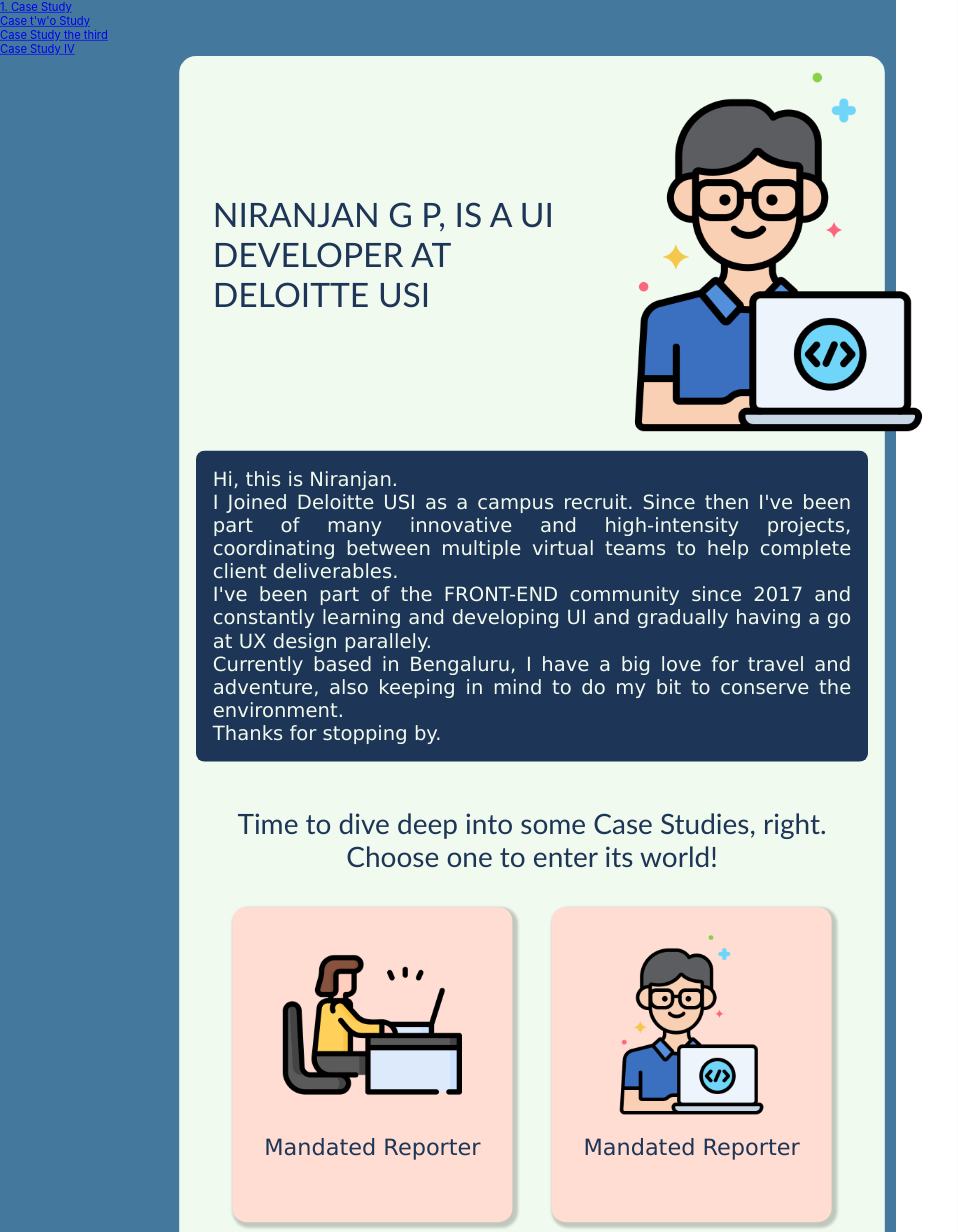
Repository: niranjangp/portfolioReact
Page: /
The author's editor kept a copy of each file at every save. The page is drawn from the files as they stood at one save, then again after the next save.
The browser window is 1280 px wide. The page is 1368 px wide, so the pictures cover 1368 px, including what lies to the right of the window. The pictures show the part of the page from y = 0 to 1760 px (the page is 2583 px tall before and 2603 px after), at 70% of full size.
The project was rebuilt for these pictures with package versions that can differ from the ones it lists, and the page was loaded fresh each time. Also part of the build but not shown: src/pages/csOne.jsx, src/pages/notFound.jsx.

Above is the page before, as saved 2022-02-01 00:32:18.

### public/index.html
<!DOCTYPE html>
<html lang="en">
  <head>
    <meta charset="utf-8" />
    <!--<link rel="icon" href="%PUBLIC_URL%/favicon.ico" />-->
    <meta name="viewport" content="width=device-width, initial-scale=1" />
    <meta name="theme-color" content="#000000" />
    <meta
      name="description"
      content="Web site created using create-react-app"
    />
    <!--<link rel="apple-touch-icon" href="%PUBLIC_URL%/logo192.png" />-->
    <!--
      manifest.json provides metadata used when your web app is installed on a
      user's mobile device or desktop. See https://developers.google.com/web/fundamentals/web-app-manifest/
    -->
    <link rel="manifest" href="%PUBLIC_URL%/manifest.json" />
    <!--
      Notice the use of %PUBLIC_URL% in the tags above.
      It will be replaced with the URL of the `public` folder during the build.
      Only files inside the `public` folder can be referenced from the HTML.

      Unlike "/favicon.ico" or "favicon.ico", "%PUBLIC_URL%/favicon.ico" will
      work correctly both with client-side routing and a non-root public URL.
      Learn how to configure a non-root public URL by running `npm run build`.
    -->
    <title>Portfolio</title>
  </head>
  <body>
    <noscript>You need to enable JavaScript to run this app.</noscript>
    <div id="root"></div>
    <!--
      This HTML file is a template.
      If you open it directly in the browser, you will see an empty page.

      You can add webfonts, meta tags, or analytics to this file.
      The build step will place the bundled scripts into the <body> tag.

      To begin the development, run `npm start` or `yarn start`.
      To create a production bundle, use `npm run build` or `yarn build`.
    -->
  </body>
</html>

### src/index.css
body {
  margin: 0;
  font-family: -apple-system, BlinkMacSystemFont, 'Segoe UI', 'Roboto', 'Oxygen',
    'Ubuntu', 'Cantarell', 'Fira Sans', 'Droid Sans', 'Helvetica Neue',
    sans-serif;
  -webkit-font-smoothing: antialiased;
  -moz-osx-font-smoothing: grayscale;
  box-sizing: border-box;
}

code {
  font-family: source-code-pro, Menlo, Monaco, Consolas, 'Courier New',
    monospace;
}

p {
  margin: 0;
}

### src/App.js
import './App.css';

import { Route, NavLink, Switch, Redirect } from 'react-router-dom';
import EnterTheDesign from './pages/enterDesign';
import CSOne from './pages/csOne';
import NotFound from './pages/notFound';

function App() {
  const flatIconLink = "https://www.flaticon.com/free-icons/programmer";


  return (
    <div className='App'>
      <div className="containerOne">
        <nav className='navigation'>
          <div>
            <NavLink activeClassName="link-sel" to="/cs-one">1. Case Study</NavLink>
          </div>
          <div>
            <NavLink activeClassName="link-sel" to="/cs-two">Case t'w'o Study</NavLink>
          </div>
          <div>
            <NavLink activeClassName="link-sel" to="/cs-three">Case Study the third</NavLink>
          </div>
          <div>
            <NavLink activeClassName="link-sel" to="/cs-three">Case Study IV</NavLink>
          </div>


        </nav>
        <main className='mainOne'>
          <Switch>
            <Route exact path="/" ><Redirect to="/enter-the-design" /></Route>
            <Route path="/enter-the-design" ><EnterTheDesign /></Route>
            <Route exact path="/cs-one" ><CSOne /></Route>

            <Route path="*"><NotFound /></Route>
          </Switch>
          {/*<div className='firstRow'>
            <div className="width-60">
              <p className='fr-info'>NIRANJAN G P, IS A UI DEVELOPER AT DELOITTE USI</p>
            </div>
            <div className="width-40 img-block">
              <img src={avatarIcon} alt="avatar-icon" className='avtr-img' />
            </div>
          </div>
          <div className='sec-row'>
            <p>Hi, this is Niranjan.</p>
            <p>I Joined Deloitte USI as a campus recruit. Since then I've been part of many innovative and high-intensity projects, coordinating between multiple virtual teams to help complete client deliverables.</p>
            <p>I've been part of the FRONT-END community since 2017 and constantly learning and developing UI and gradually having a go at UX design parallely.</p>
            <p>Currently based in Bengaluru, I have a big love for travel and adventure, also keeping in mind to do my bit to conserve the environment.</p>
            <p>Thanks for stopping by.</p>
          </div>*/}

        </main>
        <footer>
          <div className='footer-info'>
            <p>Niranjan G P</p>
            <p>Design & Develop</p>
            <p>Please consider the Environment while printing.</p>
          </div>
          <div>
            <a href={flatIconLink} title="programmer icons">Programmer icons created by Flat Icons - Flaticon</a>
            <a href="https://www.flaticon.com/free-icons/work-from-home" title="work from home icons">Work from home icons created by Freepik - Flaticon</a>
            {/*<a target="_blank" rel="noopener noreferrer" href={avatarLink}>Avatar</a> icon by <a target="_blank" rel="noopener noreferrer" href={icon8link}>Icons8</a>*/}
          </div>
        </footer>
      </div>

    </div>
  );
}

export default App;

### src/App.css
.containerOne {
  background-color: #45789d;
}

.mainOne {
  width: 75%;
  margin-left: 20%;
  background-color: #F1FAEE;
  height: 100%;
  border-radius: 1.5rem;
  padding:24px;
}

.fr-info {
  font-size: 3rem;
  font-family:'Gill Sans', 'Gill Sans MT', Calibri, 'Trebuchet MS', sans-serif;
  padding: 24px;
  color: #1d3557;
}

.firstRow {
  display: flex;
  align-items: center;
  margin-bottom: 1.5rem;
}

.width-60 {
  width: 60%;
}

.width-40 {
  width: 40%;
}

.fullWidth {
  width: 100%;
}

.img-block {
  text-align: center;
}

.sec-row {
  background-color: #1d3557;
  color: #f1faee;
  border-radius: 0.75rem;
  padding: 24px;
  font-family: 'Lucida Sans', 'Lucida Sans Regular', 'Lucida Grande', 'Lucida Sans Unicode', Geneva, Verdana, sans-serif;
  font-size: 28px;
  text-align: justify;
}

.centered {
  margin: 3rem auto;
  text-align: center;
  display: flex;
  justify-content: center;
  align-items: center;
}

.linkSel {
  text-decoration: underline;
  font-weight: bold;
}

.third-row {
  display: flex;
  flex-wrap: wrap;
  padding: 64px 24px;
}

.card-box {
  width: 50%;
  text-align: center;
}

.card {
  width: 400px;
  height: 450px;
  background-color: #ffddd2;
  border-radius: 20px;
  box-shadow: 4px 4px 4px 4px rgba(0, 0, 0, 0.2);
  margin: 3rem auto;
  flex-grow: 1;
  flex-shrink: 1;
  transition: width 500ms ease 0s;
}

.card:hover {
  box-shadow: 4px 4px 4px 8px rgba(0, 0, 0, 0.2);
  width: 420px;
  height: 470px;
  cursor: pointer;
}

.card a {
  text-decoration: none;
}

.card p {
  font-size: 32px;
  padding: 24px;
  color: #1d3557;
  font-family: Verdana, Geneva, Tahoma, sans-serif;
}

.card-icon {
  width: 256px;
  margin-top: 40px;
}

.intro-cs {
  text-align: center;
  font-size: 40px;
  color: #1d3557;
  font-family:'Trebuchet MS', 'Lucida Sans Unicode', 'Lucida Grande', 'Lucida Sans', Arial, sans-serif;
}

footer {
  width: 75%;
  margin-left: 20%;
  background-color: #F1FAEE;
  height: 100%;
  border-radius: 1.5rem;
  padding:24px;
}
.footer-info {
  font-size: 1.5rem;
}

/*.containerOne {
  background-color: #F1FAEE;
}
.mainOne {
  background-color: #a8dadc;
  width: 75%;
  margin-left: 20%;
  /-*background-color: #45789d;*-/
  height: 660px;
}

.p1 {
  color: #1d3557;
}
.p2 {
  color: #f1faee;
}*/

/*.App-logo {
  height: 40vmin;
  pointer-events: none;
}

@media (prefers-reduced-motion: no-preference) {
  .App-logo {
    animation: App-logo-spin infinite 20s linear;
  }
}

.App-header {
  background-color: #282c34;
  min-height: 100vh;
  display: flex;
  flex-direction: column;
  align-items: center;
  justify-content: center;
  font-size: calc(10px + 2vmin);
  color: white;
}

.App-link {
  color: #61dafb;
}*/

@keyframes App-logo-spin {
  from {
    transform: rotate(0deg);
  }
  to {
    transform: rotate(360deg);
  }
}

### src/pages/enterDesign.jsx
import React from 'react';
import Icons from '../assets/programmer.png';
import WorkingIcon from '../assets/working.png';
import { Link } from 'react-router-dom';


const enterDesign = () => {
    const avatarIcon = Icons;

    const navtoCardDet = () => {
        try {
            console.log('inside card det func');
        } catch (e) {
            console.log('Error in navToCardDet', e.stack());
        }
    }

    return (
        <React.Fragment>
            <div className='firstRow'>
                <div className="width-60">
                    <p className='fr-info'>NIRANJAN G P, IS A UI DEVELOPER AT DELOITTE USI</p>
                </div>
                <div className="width-40 img-block">
                    <img src={avatarIcon} alt="avatar-icon" className='avtr-img' />
                </div>
            </div>
            <div className='sec-row'>
                <p>Hi, this is Niranjan.</p>
                <p>I Joined Deloitte USI as a campus recruit. Since then I've been part of many innovative and high-intensity projects, coordinating between multiple virtual teams to help complete client deliverables.</p>
                <p>I've been part of the FRONT-END community since 2017 and constantly learning and developing UI and gradually having a go at UX design parallely.</p>
                <p>Currently based in Bengaluru, I have a big love for travel and adventure, also keeping in mind to do my bit to conserve the environment.</p>
                <p>Thanks for stopping by.</p>
            </div>
            <div className='third-row'>
                <div className='fullWidth intro-cs'>
                    <p>Time to dive deep into some Case Studies, right.</p>
                    <p>Choose one to enter its world!</p>
                </div>
                <div className='card-box'>
                    <div className="card">
                        <Link to="/cs-one">
                            <img src={WorkingIcon} alt="card-icon" className='card-icon' />
                            <p>Mandated Reporter</p>
                            {/*<p>Click to Enter!!!</p>*/}
                        </Link>
                    </div>
                </div>
                <div className='card-box'>
                    <div className="card" onClick={navtoCardDet}>
                        <img src={avatarIcon} alt="card-icon" className='card-icon' />
                        <p>Mandated Reporter</p>
                    </div>
                </div>
                <div className='card-box'>
                    <div className="card" onClick={navtoCardDet}>
                        <img src={avatarIcon} alt="card-icon" className='card-icon' />
                        <p>Mandated Reporter</p>
                    </div>
                </div>
                <div className='card-box'>
                    <div className="card" onClick={navtoCardDet}>
                        <img src={avatarIcon} alt="card-icon" className='card-icon' />
                        <p>Mandated Reporter</p>
                    </div>
                </div>
            </div>
        </React.Fragment>
    )
};

export default enterDesign;

Loaded but not shown: src/index.js (common file); src/reportWebVitals.js (common file)

After the next save:
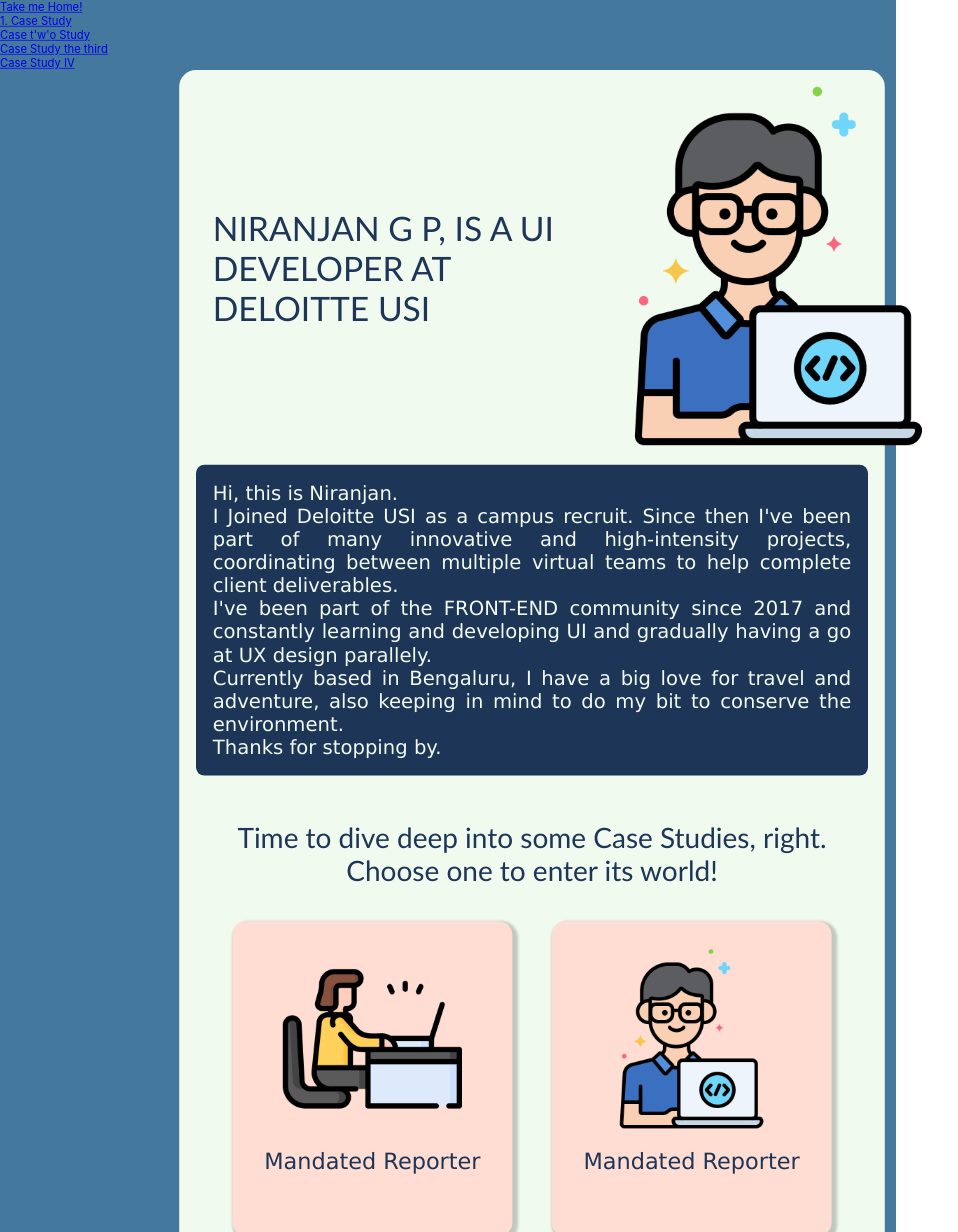
Saved 9 min 16 s later.
--- a/src/App.js
+++ b/src/App.js
@@ -14,6 +14,9 @@ function App() {
       <div className="containerOne">
         <nav className='navigation'>
           <div>
+            <NavLink activeClassName="link-sel" to="/enter-the-design">Take me Home!</NavLink>
+          </div>
+          <div>
             <NavLink activeClassName="link-sel" to="/cs-one">1. Case Study</NavLink>
           </div>
           <div>
@@ -25,8 +28,6 @@ function App() {
           <div>
             <NavLink activeClassName="link-sel" to="/cs-three">Case Study IV</NavLink>
           </div>
-
-
         </nav>
         <main className='mainOne'>
           <Switch>
